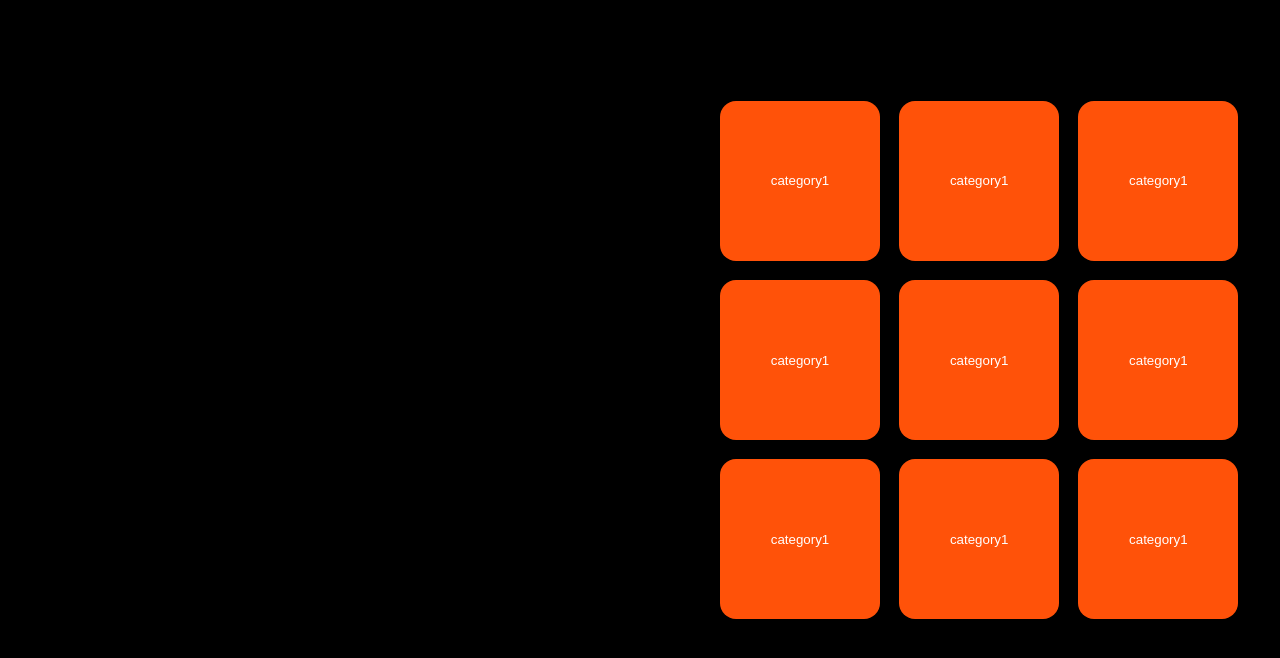
Repository: drumsmanku/react-capstone-project-2
Page: /categories
The author's editor kept a copy of each file at every save. The page is drawn from the files as they stood at one save, then again after the next save.
The browser window is 1280 px wide. The pictures show the whole page.
Some web fonts or font styles are not loaded; a fallback is used. The project was rebuilt for these pictures with package versions that can differ from the ones it lists, and the page was loaded fresh each time. Also part of the build but not shown: src/components/RegistrationPage.js, src/components/SubmitSuccess.js.

Above is the page before, as saved 2023-05-24 08:54:23.

### src/index.css
body,html{
  padding: 0;
  margin: 0;
}

### src/App.js
import './App.css';
import RegistrationPage from './components/RegistrationPage';
import SubmitSuccess from './components/SubmitSuccess';
import CategoriesPage from './components/CategoriesPage';
import { BrowserRouter as Router, Route, Routes} from 'react-router-dom';
function App() {
  const categories=['category1', 'category1','category1','category1','category1','category1','category1', 'category1','category1',];
  const colors=['#FF5209', '#FF5209','#FF5209','#FF5209','#FF5209','#FF5209','#FF5209','#FF5209','#FF5209',]
  return (
    <div className='App'>
      <Router>
        <Routes>
          <Route path='/' element={<RegistrationPage />}/>
          <Route path='/success' element={<SubmitSuccess/>}/>
          <Route path='/categories' element={<CategoriesPage categories={categories} backgroundcolor={colors} />}/>
        </Routes>
      </Router>
    </div>
  );
}

export default App;

### src/App.css
.App {
  margin: 0;
  padding: 0;

}

### src/components/CategoriesPage.js
import React from 'react'
import './CategoriesPage.css'

function CategoriesPage(props) {
  const{categories, backgroundcolor}=props
  return (
    <div className='container'>
      <div className='first-container'>

      </div>
      <div className='second-container'>
        <div className='category-container'>
          {categories.map((category, index)=>(
            <button style={{border:'none', background:'none',color:'white', backgroundColor:backgroundcolor[index], height:'10rem', width:'10rem', margin:'0.6rem', borderRadius:'1rem'}} key={index}>{category}</button>
          ))}
        </div>
        <div>
          {/* next page button */}
        </div>

      </div>
    </div>
  )
}

export default CategoriesPage

### src/components/RegistrationPage.css
@import url('https://fonts.googleapis.com/css2?family=Roboto:wght@900&display=swap');
@import url('https://fonts.googleapis.com/css2?family=Single+Day&display=swap');
@import url('https://fonts.googleapis.com/css2?family=DM+Sans&display=swap');
.reg-page{
  background-image: url('../Assets/back1.png');
  background-size: 50% 120%;
  background-repeat: no-repeat;
  height: 100vh;

  background-color: black;
  display: flex;
}
.first-div{
  font-family:'Roboto';
  color: white;
  width: 50%;
  height: 100vh;
  display: flex;
  justify-content: center;
  position: relative;
}
.first-first-div{
  width: 70%;
  position: absolute;
  bottom: 4.5rem;
}
.first-first-div h1{
  font-size: 3rem;
  padding: 0;
  margin: 0;
}
.second-div{
  height: inherit;
  width: 50%;
  display: flex;
  flex-direction: column;
  justify-content: center;
  align-items: center;
  color: white;
}
.second-div h1{
  font-family: 'Single Day';
  font-size: 3.3rem;
  color: #72DB73;
  font-weight: 400;
  margin: 0;
}
.second-div h4{
  font-family: 'DM Sans';
  font-weight: 200;
  margin-bottom: 2rem;
  margin-top: 1rem;
  font-size: 1.1rem;
}
form{
  display: flex;
  flex-direction: column;
}
form input[type=text]{
  margin: 0.7rem;
  width: 23rem;
  height: 2.9rem;
  border: none;
  background-color: #292929;
  border-radius: 0.1rem;
  font-family: 'DM Sans';
}
form input[type=number]{
  margin: 0.7rem;
  width: 23rem;
  height: 2.9rem;
  border: none;
  background-color: #292929;
  border-radius: 0.1rem;
  font-family: 'DM Sans';

}
form input[type=email]{
  margin: 0.7rem;
  width: 23rem;
  height: 2.9rem;
  border: none;
  background-color: #292929;
  border-radius: 0.1rem;
  font-family: 'DM Sans';
}

form input::placeholder{
  padding-left: 0.9rem;
  font-size: 1rem;
}
.checkbox1{
  width: 100%;
  display: flex;
  padding-left: 0.5rem;
  font-family: 'DM Sans';
  margin: 1.6rem 0 1.6rem 0;
  font-size: 0.9rem;
}
.checkbox1 input[type="checkbox"]{
  margin-right: 1rem;
  border: none;
  transform: scale(1.4);
}
form button{
  background-color: #72DB73;
  border: none;
  height: 3rem;
  width: 23rem;
  border-radius: 2.2rem;
  font-size: 1.4rem;
  font-family: 'DM Sans';
  font-weight: 600;
  color: white;
  letter-spacing: 0.2rem;
}

### src/components/CategoriesPage.css
.container{
  display:flex;
  background-color: black;
  height: 100vh;
  width: 100%;
}
.first-container{
  height: inherit;
  width: 40%;
}

.second-container{
  height: inherit;
  width: 60%;
  display: flex;
  flex-direction: column;
  justify-content: center;
  align-items: flex-end;
  position: relative;
}
.category-container{
  width: 70%;
  margin-right: 2rem;
  position: absolute;
  top: 4;
}

Loaded but not shown: public/index.html (common file); src/index.js (common file)

After the next save:
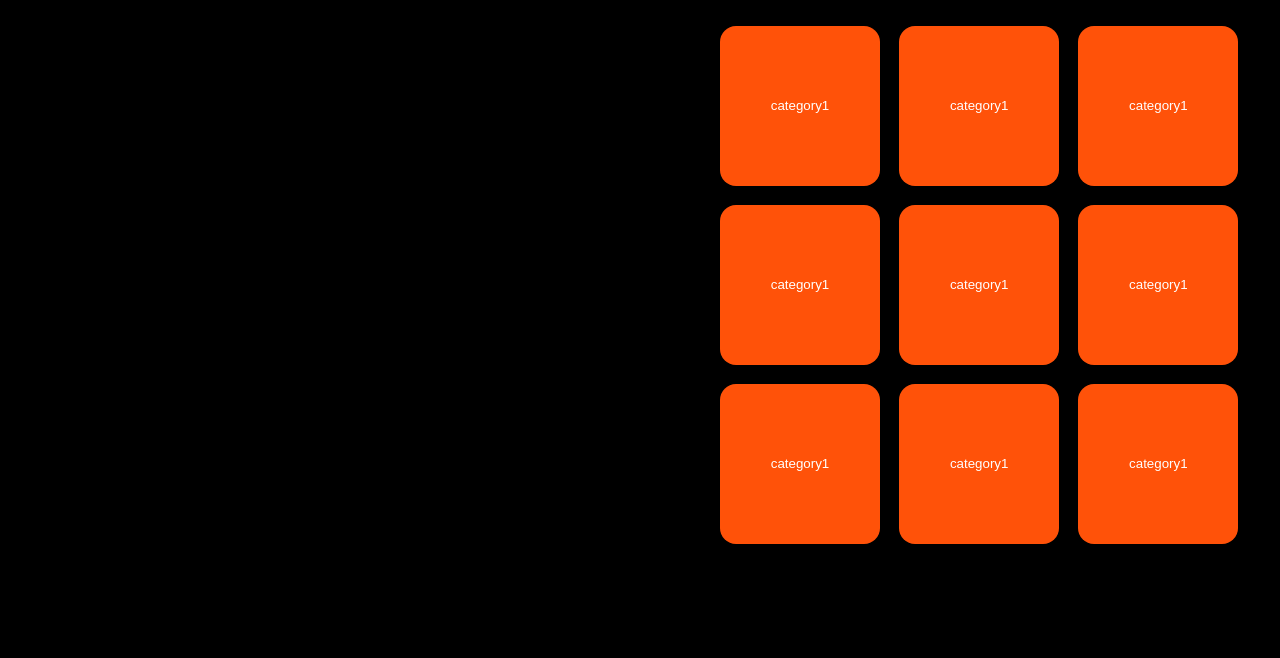
Saved 26 s later.
--- a/src/components/CategoriesPage.css
+++ b/src/components/CategoriesPage.css
@@ -22,5 +22,5 @@
   width: 70%;
   margin-right: 2rem;
   position: absolute;
-  top: 4;
+  top: 1rem;
 }
